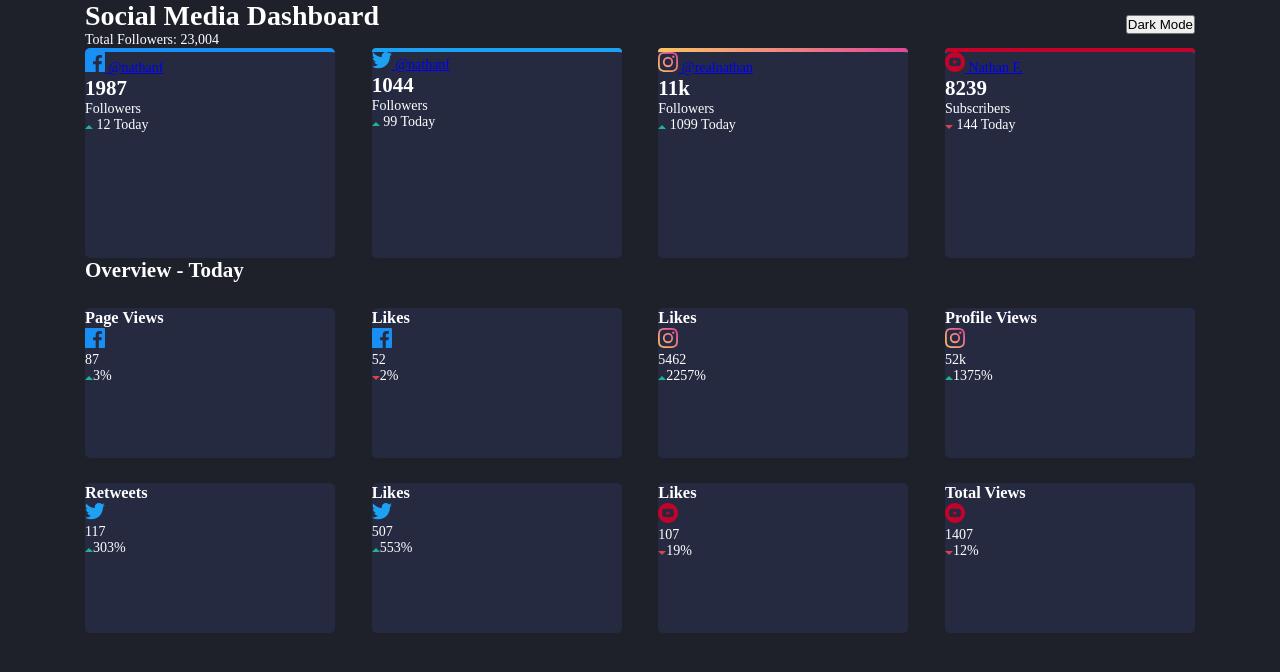
Repository: mamulini/social-media-dashboard-with-theme-switcher-master
Page: index.html
These files come from the project's save history. The page is drawn as it stood at one moment and after the next save; the edit follows.
The browser window is 1280 px wide. The pictures show the whole page.

Above is the page before, as saved 2020-04-06 14:06:53.

### index.html
<!DOCTYPE html>
<html lang="en">

<head>
  <meta charset="UTF-8">
  <meta name="viewport" content="width=device-width, initial-scale=1.0">
  <link rel="icon" type="image/png" sizes="32x32" href="./images/favicon-32x32.png">
  <link rel="stylesheet" href="./css/style.css">
  <title>Frontend Mentor | [Challenge Name Here]</title>
</head>

<body>
  <main class="dashboard container">
    <header class="header">
      <div class="title">
        <h1 class="title__name">Social Media Dashboard</h1>
        <p class="title__total">Total Followers: 23,004</p>
      </div>
      <button class="theme" type="button">Dark Mode</button>
    </header>
    <div class="followers_block">
      <div class="folowers">

        <a class="followers__link" href="#"><svg xmlns="http://www.w3.org/2000/svg" width="20" height="20">
          <path fill="#178FF5" d="M18.896 0H1.104C.494 0 0 .494 0 1.104v17.793C0 19.506.494 20 1.104 20h9.58v-7.745H8.076V9.237h2.606V7.01c0-2.583 1.578-3.99 3.883-3.99 1.104 0 2.052.082 2.329.119v2.7h-1.598c-1.254 0-1.496.597-1.496 1.47v1.928h2.989l-.39 3.018h-2.6V20h5.098c.608 0 1.102-.494 1.102-1.104V1.104C20 .494 19.506 0 18.896 0z"/>
        </svg> @nathanf</a>
        <h2 class="followers__sum">1987</h2>
        <p class="followers__title">Followers</p>
        <p class="followers__today"><svg xmlns="http://www.w3.org/2000/svg" width="8" height="4"><path fill="#1EB589" fill-rule="evenodd" d="M0 4l4-4 4 4z"/></svg> 12 Today</p>
      </div>
      <div class="folowers folowers--twitter">
        <a class="followers__link" href="#"><svg xmlns="http://www.w3.org/2000/svg" width="20" height="17"><path fill="#1DA1F2" d="M20 1.924a8.192 8.192 0 01-2.357.646A4.11 4.11 0 0019.448.3a8.22 8.22 0 01-2.606.996A4.096 4.096 0 0013.847 0c-2.65 0-4.596 2.472-3.998 5.037A11.648 11.648 0 011.392.752a4.109 4.109 0 001.27 5.478 4.086 4.086 0 01-1.858-.513C.76 7.616 2.122 9.395 4.095 9.79a4.113 4.113 0 01-1.853.07 4.106 4.106 0 003.833 2.849A8.25 8.25 0 010 14.41a11.616 11.616 0 006.29 1.843c7.618 0 11.922-6.434 11.663-12.205A8.354 8.354 0 0020 1.924z"/></svg> @nathanf</a>
        <h2 class="followers__sum">1044</h2>
        <p class="followers__title">Followers</p>
        <p class="followers__today"><svg xmlns="http://www.w3.org/2000/svg" width="8" height="4"><path fill="#1EB589" fill-rule="evenodd" d="M0 4l4-4 4 4z"/></svg> 99 Today</p>
      </div>
      <div class="folowers folowers--instagram">
        <a class="followers__link" href="#"><svg xmlns="http://www.w3.org/2000/svg" width="20" height="20"><defs><linearGradient id="a" x1="100%" x2="0%" y1="0%" y2="100%"><stop offset="0%" stop-color="#DF4896"/><stop offset="50.913%" stop-color="#EE877E"/><stop offset="100%" stop-color="#FDC366"/></linearGradient></defs><path fill="url(#a)" d="M10 1.802c2.67 0 2.987.01 4.042.059 2.71.123 3.975 1.409 4.099 4.099.048 1.054.057 1.37.057 4.04 0 2.672-.01 2.988-.057 4.042-.124 2.687-1.387 3.975-4.1 4.099-1.054.048-1.37.058-4.041.058-2.67 0-2.987-.01-4.04-.058-2.717-.124-3.977-1.416-4.1-4.1-.048-1.054-.058-1.37-.058-4.041 0-2.67.01-2.986.058-4.04.124-2.69 1.387-3.977 4.1-4.1 1.054-.048 1.37-.058 4.04-.058zM10 0C7.284 0 6.944.012 5.878.06 2.246.227.228 2.242.06 5.877.01 6.944 0 7.284 0 10s.012 3.057.06 4.123c.167 3.632 2.182 5.65 5.817 5.817 1.067.048 1.407.06 4.123.06s3.057-.012 4.123-.06c3.629-.167 5.652-2.182 5.816-5.817.05-1.066.061-1.407.061-4.123s-.012-3.056-.06-4.122C19.777 2.249 17.76.228 14.124.06 13.057.01 12.716 0 10 0zm0 4.865a5.135 5.135 0 100 10.27 5.135 5.135 0 000-10.27zm0 8.468a3.333 3.333 0 110-6.666 3.333 3.333 0 010 6.666zm5.338-9.87a1.2 1.2 0 100 2.4 1.2 1.2 0 000-2.4z"/></svg> @realnathan</a>
        <h2 class="followers__sum">11k</h2>
        <p class="followers__title">Followers</p>
        <p class="followers__today"><svg xmlns="http://www.w3.org/2000/svg" width="8" height="4"><path fill="#1EB589" fill-rule="evenodd" d="M0 4l4-4 4 4z"/></svg> 1099 Today</p>
      </div>
      <div class="folowers folowers--youtube">
        <a class="followers__link" href="#"><svg xmlns="http://www.w3.org/2000/svg" width="20" height="20"><path fill="#C4032B" d="M10 0C4.478 0 0 4.478 0 10c0 5.523 4.478 10 10 10 5.523 0 10-4.477 10-10 0-5.522-4.477-10-10-10zm3.7 14.077c-1.75.12-5.652.12-7.402 0-1.896-.13-2.117-1.059-2.131-4.077.014-3.024.237-3.947 2.131-4.077 1.75-.12 5.652-.12 7.403 0 1.897.13 2.117 1.059 2.132 4.077-.015 3.024-.237 3.947-2.132 4.077zM8.334 8.048l4.098 1.949-4.098 1.955V8.048z"/></svg> Nathan F.</a>
        <h2 class="followers__sum">8239</h2>
        <p class="followers__title">Subscribers</p>
        <p class="followers__today"><svg xmlns="http://www.w3.org/2000/svg" width="8" height="4"><path fill="#DC414C" fill-rule="evenodd" d="M0 0l4 4 4-4z"/></svg> 144 Today</p>
      </div>

    </div>
    <div class="overview">
      <h2 class="overview__title">Overview - Today</h2>
    </div>
    <div class="likes_counter">
      <div class="likes">
        <h3 class="likes__title">Page Views</h3>
        <svg xmlns="http://www.w3.org/2000/svg" width="20" height="20"><path fill="#178FF5" d="M18.896 0H1.104C.494 0 0 .494 0 1.104v17.793C0 19.506.494 20 1.104 20h9.58v-7.745H8.076V9.237h2.606V7.01c0-2.583 1.578-3.99 3.883-3.99 1.104 0 2.052.082 2.329.119v2.7h-1.598c-1.254 0-1.496.597-1.496 1.47v1.928h2.989l-.39 3.018h-2.6V20h5.098c.608 0 1.102-.494 1.102-1.104V1.104C20 .494 19.506 0 18.896 0z"/></svg>
        <p class="likes__num">87</p>
        <p class="likes__procent"><svg xmlns="http://www.w3.org/2000/svg" width="8" height="4"><path fill="#1EB589" fill-rule="evenodd" d="M0 4l4-4 4 4z"/></svg>3%</p>
      </div>
      <div class="likes">
        <h3 class="likes__title">Likes</h3>
        <svg xmlns="http://www.w3.org/2000/svg" width="20" height="20"><path fill="#178FF5" d="M18.896 0H1.104C.494 0 0 .494 0 1.104v17.793C0 19.506.494 20 1.104 20h9.58v-7.745H8.076V9.237h2.606V7.01c0-2.583 1.578-3.99 3.883-3.99 1.104 0 2.052.082 2.329.119v2.7h-1.598c-1.254 0-1.496.597-1.496 1.47v1.928h2.989l-.39 3.018h-2.6V20h5.098c.608 0 1.102-.494 1.102-1.104V1.104C20 .494 19.506 0 18.896 0z"/></svg>
        <p class="likes__num">52</p>
        <p class="likes__procent"><svg xmlns="http://www.w3.org/2000/svg" width="8" height="4"><path fill="#DC414C" fill-rule="evenodd" d="M0 0l4 4 4-4z"/></svg>2%</p>
      </div>
      <div class="likes">
        <h3 class="likes__title">Likes</h3>
        <svg xmlns="http://www.w3.org/2000/svg" width="20" height="20"><defs><linearGradient id="a" x1="100%" x2="0%" y1="0%" y2="100%"><stop offset="0%" stop-color="#DF4896"/><stop offset="50.913%" stop-color="#EE877E"/><stop offset="100%" stop-color="#FDC366"/></linearGradient></defs><path fill="url(#a)" d="M10 1.802c2.67 0 2.987.01 4.042.059 2.71.123 3.975 1.409 4.099 4.099.048 1.054.057 1.37.057 4.04 0 2.672-.01 2.988-.057 4.042-.124 2.687-1.387 3.975-4.1 4.099-1.054.048-1.37.058-4.041.058-2.67 0-2.987-.01-4.04-.058-2.717-.124-3.977-1.416-4.1-4.1-.048-1.054-.058-1.37-.058-4.041 0-2.67.01-2.986.058-4.04.124-2.69 1.387-3.977 4.1-4.1 1.054-.048 1.37-.058 4.04-.058zM10 0C7.284 0 6.944.012 5.878.06 2.246.227.228 2.242.06 5.877.01 6.944 0 7.284 0 10s.012 3.057.06 4.123c.167 3.632 2.182 5.65 5.817 5.817 1.067.048 1.407.06 4.123.06s3.057-.012 4.123-.06c3.629-.167 5.652-2.182 5.816-5.817.05-1.066.061-1.407.061-4.123s-.012-3.056-.06-4.122C19.777 2.249 17.76.228 14.124.06 13.057.01 12.716 0 10 0zm0 4.865a5.135 5.135 0 100 10.27 5.135 5.135 0 000-10.27zm0 8.468a3.333 3.333 0 110-6.666 3.333 3.333 0 010 6.666zm5.338-9.87a1.2 1.2 0 100 2.4 1.2 1.2 0 000-2.4z"/></svg>
        <p class="likes__num">5462</p>
        <p class="likes__procent"><svg xmlns="http://www.w3.org/2000/svg" width="8" height="4"><path fill="#1EB589" fill-rule="evenodd" d="M0 4l4-4 4 4z"/></svg>2257%</p>
      </div>
      <div class="likes">
        <h3 class="likes__title">Profile Views</h3>
        <svg xmlns="http://www.w3.org/2000/svg" width="20" height="20"><defs><linearGradient id="a" x1="100%" x2="0%" y1="0%" y2="100%"><stop offset="0%" stop-color="#DF4896"/><stop offset="50.913%" stop-color="#EE877E"/><stop offset="100%" stop-color="#FDC366"/></linearGradient></defs><path fill="url(#a)" d="M10 1.802c2.67 0 2.987.01 4.042.059 2.71.123 3.975 1.409 4.099 4.099.048 1.054.057 1.37.057 4.04 0 2.672-.01 2.988-.057 4.042-.124 2.687-1.387 3.975-4.1 4.099-1.054.048-1.37.058-4.041.058-2.67 0-2.987-.01-4.04-.058-2.717-.124-3.977-1.416-4.1-4.1-.048-1.054-.058-1.37-.058-4.041 0-2.67.01-2.986.058-4.04.124-2.69 1.387-3.977 4.1-4.1 1.054-.048 1.37-.058 4.04-.058zM10 0C7.284 0 6.944.012 5.878.06 2.246.227.228 2.242.06 5.877.01 6.944 0 7.284 0 10s.012 3.057.06 4.123c.167 3.632 2.182 5.65 5.817 5.817 1.067.048 1.407.06 4.123.06s3.057-.012 4.123-.06c3.629-.167 5.652-2.182 5.816-5.817.05-1.066.061-1.407.061-4.123s-.012-3.056-.06-4.122C19.777 2.249 17.76.228 14.124.06 13.057.01 12.716 0 10 0zm0 4.865a5.135 5.135 0 100 10.27 5.135 5.135 0 000-10.27zm0 8.468a3.333 3.333 0 110-6.666 3.333 3.333 0 010 6.666zm5.338-9.87a1.2 1.2 0 100 2.4 1.2 1.2 0 000-2.4z"/></svg>
        <p class="likes__num">52k</p>
        <p class="likes__procent"><svg xmlns="http://www.w3.org/2000/svg" width="8" height="4"><path fill="#1EB589" fill-rule="evenodd" d="M0 4l4-4 4 4z"/></svg>1375%</p>
      </div>
      <div class="likes">
        <h3 class="likes__title">Retweets</h3>
        <svg xmlns="http://www.w3.org/2000/svg" width="20" height="17"><path fill="#1DA1F2" d="M20 1.924a8.192 8.192 0 01-2.357.646A4.11 4.11 0 0019.448.3a8.22 8.22 0 01-2.606.996A4.096 4.096 0 0013.847 0c-2.65 0-4.596 2.472-3.998 5.037A11.648 11.648 0 011.392.752a4.109 4.109 0 001.27 5.478 4.086 4.086 0 01-1.858-.513C.76 7.616 2.122 9.395 4.095 9.79a4.113 4.113 0 01-1.853.07 4.106 4.106 0 003.833 2.849A8.25 8.25 0 010 14.41a11.616 11.616 0 006.29 1.843c7.618 0 11.922-6.434 11.663-12.205A8.354 8.354 0 0020 1.924z"/></svg>
        <p class="likes__num">117</p>
        <p class="likes__procent"><svg xmlns="http://www.w3.org/2000/svg" width="8" height="4"><path fill="#1EB589" fill-rule="evenodd" d="M0 4l4-4 4 4z"/></svg>303%</p>
      </div>
      <div class="likes">
        <h3 class="likes__title">Likes</h3>
        <svg xmlns="http://www.w3.org/2000/svg" width="20" height="17"><path fill="#1DA1F2" d="M20 1.924a8.192 8.192 0 01-2.357.646A4.11 4.11 0 0019.448.3a8.22 8.22 0 01-2.606.996A4.096 4.096 0 0013.847 0c-2.65 0-4.596 2.472-3.998 5.037A11.648 11.648 0 011.392.752a4.109 4.109 0 001.27 5.478 4.086 4.086 0 01-1.858-.513C.76 7.616 2.122 9.395 4.095 9.79a4.113 4.113 0 01-1.853.07 4.106 4.106 0 003.833 2.849A8.25 8.25 0 010 14.41a11.616 11.616 0 006.29 1.843c7.618 0 11.922-6.434 11.663-12.205A8.354 8.354 0 0020 1.924z"/></svg>
        <p class="likes__num">507</p>
        <p class="likes__procent"><svg xmlns="http://www.w3.org/2000/svg" width="8" height="4"><path fill="#1EB589" fill-rule="evenodd" d="M0 4l4-4 4 4z"/></svg>553%</p>
      </div>
      <div class="likes">
        <h3 class="likes__title">Likes</h3>
        <svg xmlns="http://www.w3.org/2000/svg" width="20" height="20"><path fill="#C4032B" d="M10 0C4.478 0 0 4.478 0 10c0 5.523 4.478 10 10 10 5.523 0 10-4.477 10-10 0-5.522-4.477-10-10-10zm3.7 14.077c-1.75.12-5.652.12-7.402 0-1.896-.13-2.117-1.059-2.131-4.077.014-3.024.237-3.947 2.131-4.077 1.75-.12 5.652-.12 7.403 0 1.897.13 2.117 1.059 2.132 4.077-.015 3.024-.237 3.947-2.132 4.077zM8.334 8.048l4.098 1.949-4.098 1.955V8.048z"/></svg>
        <p class="likes__num">107</p>
        <p class="likes__procent"><svg xmlns="http://www.w3.org/2000/svg" width="8" height="4"><path fill="#DC414C" fill-rule="evenodd" d="M0 0l4 4 4-4z"/></svg>19%</p>
      </div>
      <div class="likes">
        <h3 class="likes__title">Total Views</h3>
        <svg xmlns="http://www.w3.org/2000/svg" width="20" height="20"><path fill="#C4032B" d="M10 0C4.478 0 0 4.478 0 10c0 5.523 4.478 10 10 10 5.523 0 10-4.477 10-10 0-5.522-4.477-10-10-10zm3.7 14.077c-1.75.12-5.652.12-7.402 0-1.896-.13-2.117-1.059-2.131-4.077.014-3.024.237-3.947 2.131-4.077 1.75-.12 5.652-.12 7.403 0 1.897.13 2.117 1.059 2.132 4.077-.015 3.024-.237 3.947-2.132 4.077zM8.334 8.048l4.098 1.949-4.098 1.955V8.048z"/></svg>
        <p class="likes__num">1407</p>
        <p class="likes__procent"><svg xmlns="http://www.w3.org/2000/svg" width="8" height="4"><path fill="#DC414C" fill-rule="evenodd" d="M0 0l4 4 4-4z"/></svg>12%</p>
      </div>
    </div>
  </main>
  <!-- <div class="attribution">
    Challenge by <a href="https://www.frontendmentor.io?ref=challenge" target="_blank">Frontend Mentor</a>.
    Coded by <a href="#">Your Name Here</a>.
  </div> -->
</body>

</html>

### css/style.css
*{
    padding: 0;
    margin: 0;
    box-sizing: border-box;
}

body{
    font-size: 14px;
    background: hsl(230, 17%, 14%);
    color: #ffffff;
}

.container{
    max-width: 1110px;
    margin: 0 auto;

}

.header{
    display: flex;
    justify-content: space-between;
    align-items: center;
}

.followers_block{
    display: flex;
    justify-content: space-between;
}

.folowers{
    width: 250px;
    height: 210px;
    border-top: 4px solid #178FF5;
    border-radius: 5px;
    background: hsl(228, 28%, 20%);
    position: relative;
}

.folowers::before{
    content:'';
    position:absolute;
    width:100%;
    height:4px;
    top:-4px;
    left:0;
    border-radius: 5px 5px 0 0 ;
}
.folowers--twitter::before{
    background: #1DA1F2;
}
.folowers--instagram::before{
    background:linear-gradient(to left, #DF4896 0% , #EE877E 50%, #FDC366 100%);

}

.folowers--youtube::before{
    background: #C4032B;
}

.likes_counter{
    display: flex;
    justify-content: space-between;
    flex-wrap: wrap;
}

.likes{
    flex: 0 0 calc(25% - #{$gap});
    width: 250px;
    height: 150px;
    background:  hsl(228, 28%, 20%);
    margin-top: 25px;
    border-radius: 5px;
}






.attribution { font-size: 11px; text-align: center; }
.attribution a { color: hsl(228, 45%, 44%); }

After the next save:
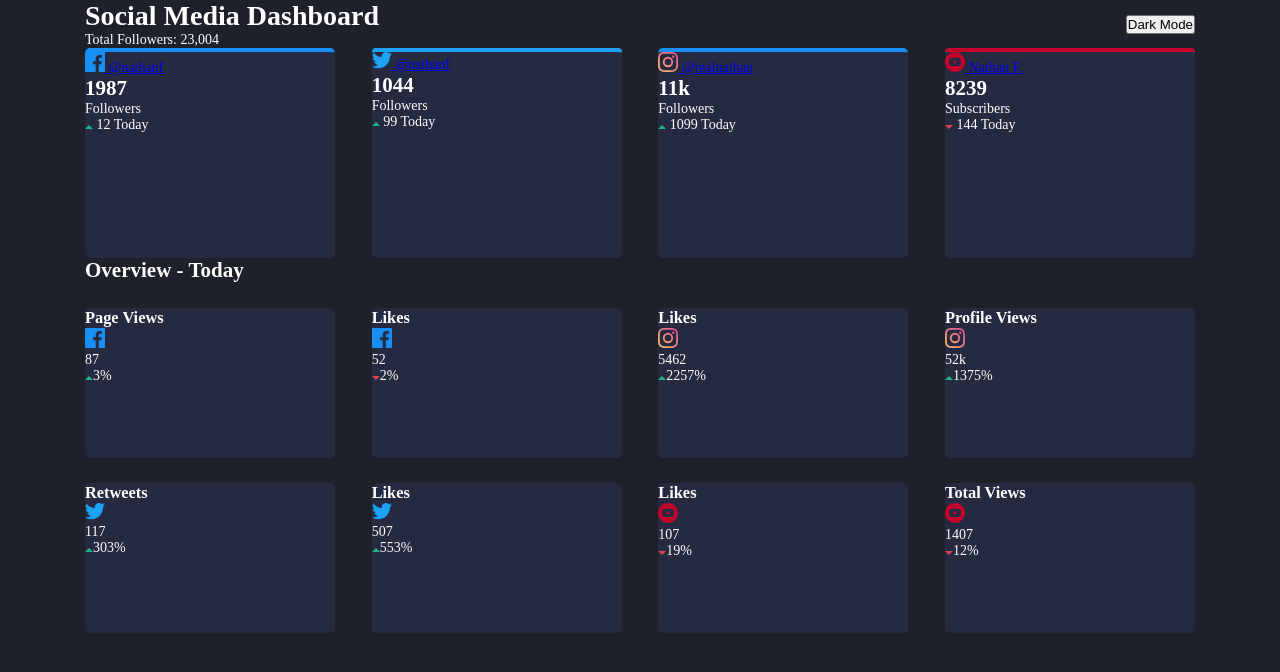
Saved 3 min 0 s later.
--- a/css/style.css
+++ b/css/style.css
@@ -49,7 +49,8 @@
     background: #1DA1F2;
 }
 .folowers--instagram::before{
-    background:linear-gradient(to left, #DF4896 0% , #EE877E 50%, #FDC366 100%);
+    background: linear gradient hsl(37, 97%, 70%) to hsl(329, 70%, 58%)
+    /* background:linear-gradient(to left, #DF4896 0% , #EE877E 50%, #FDC366 100%); */
 
 }
 

After the 2 saves that followed:
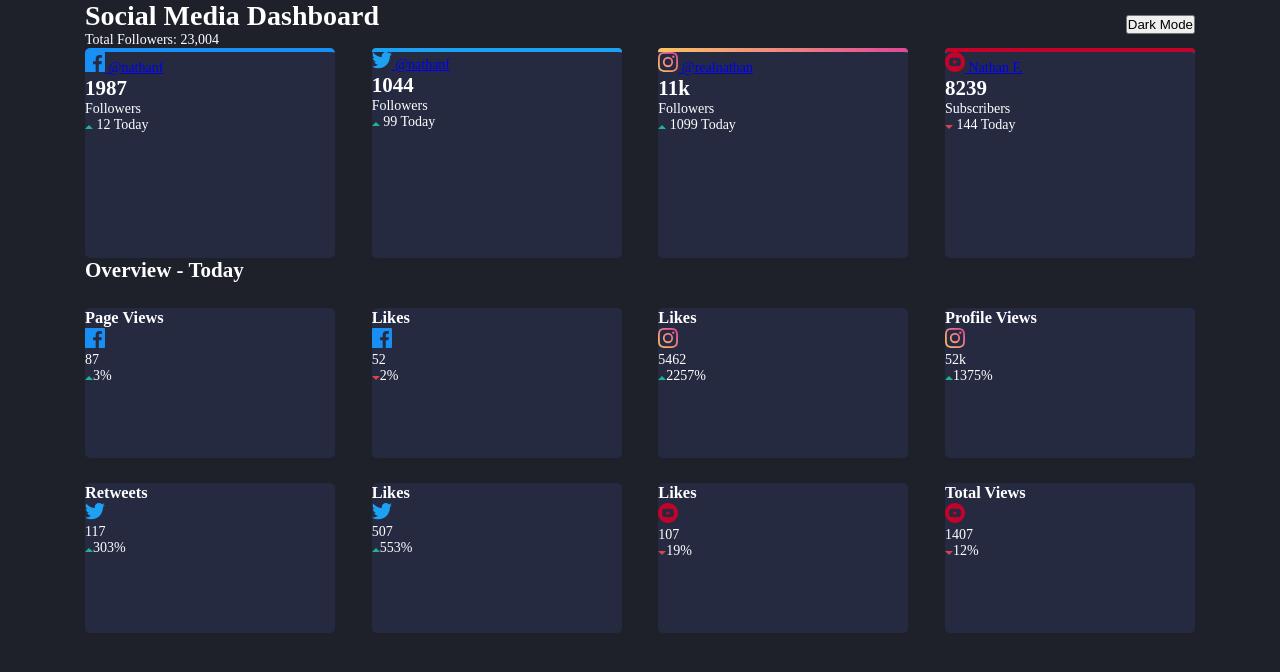
The 2 saves are shown as one change because 1 left the picture as it was.
The last was saved 56 s later.
--- a/css/style.css
+++ b/css/style.css
@@ -49,8 +49,7 @@
     background: #1DA1F2;
 }
 .folowers--instagram::before{
-    background: linear gradient hsl(37, 97%, 70%) to hsl(329, 70%, 58%)
-    /* background:linear-gradient(to left, #DF4896 0% , #EE877E 50%, #FDC366 100%); */
+    background:linear-gradient(to left, #DF4896 0% , #EE877E 50%, #FDC366 100%);
 
 }
 
